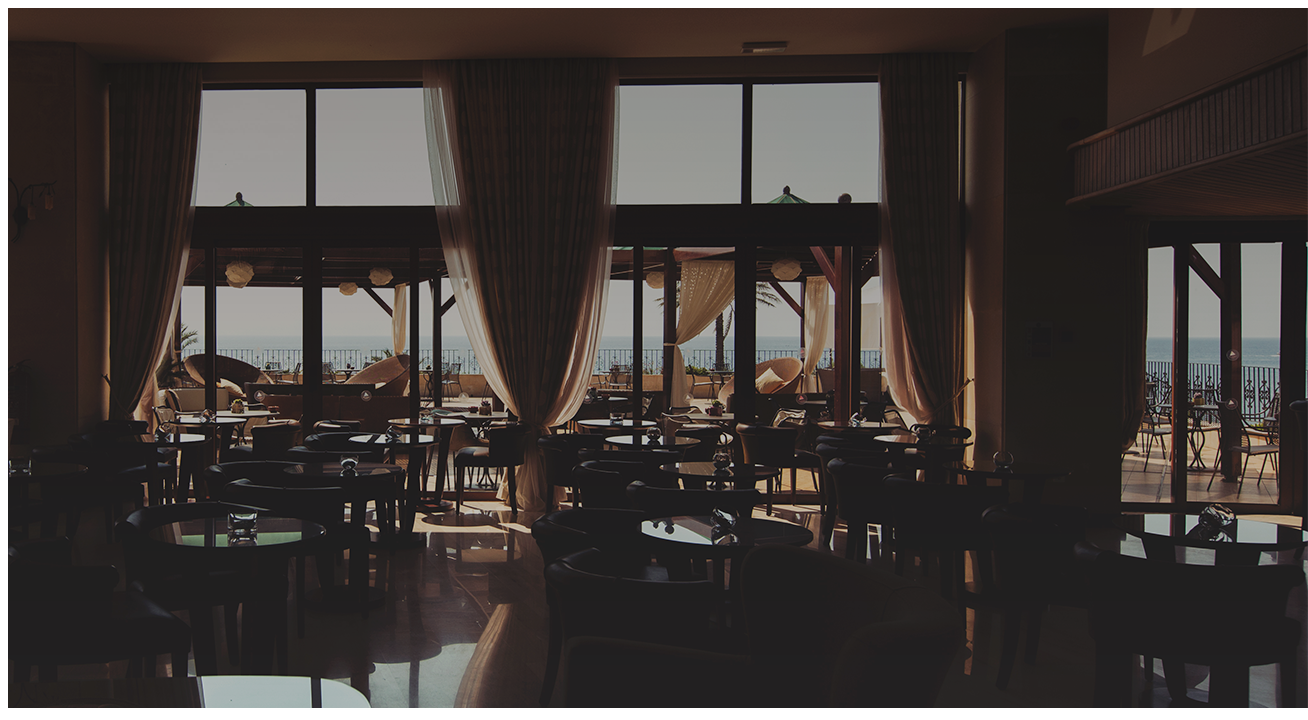
Repository: sis-shen/HTML_vsc
Page: adc_v2/index.html
These files come from the project's save history. The page is drawn as it stood at one moment and after the next save; the edit follows.
The browser window is 1280 px wide. The page is 1308 px wide, so the pictures cover 1308 px, including what lies to the right of the window. The pictures show the whole page.

Above is the page before, as saved 2023-08-13 11:02:12.

### adc_v2/index.html
<!DOCTYPE html>
<html lang="zh-CN">
<head>
    <meta charset="UTF-8">
    <meta name="viewport" content="width=device-width, initial-scale=1.0">
    <title>王八餐厅</title>
    <link rel="stylesheet" href="style.css">
</head>
<body>
    <div class="top-box">
        <div class="nav">

        </div>



    </div>
</body>
</html>

### adc_v2/style.css
body {
    box-sizing: border-box;
}

.top-box{
    width: 1300px;
    height: 700px;
    background-image: url("img/top.png");
}

After the next save:
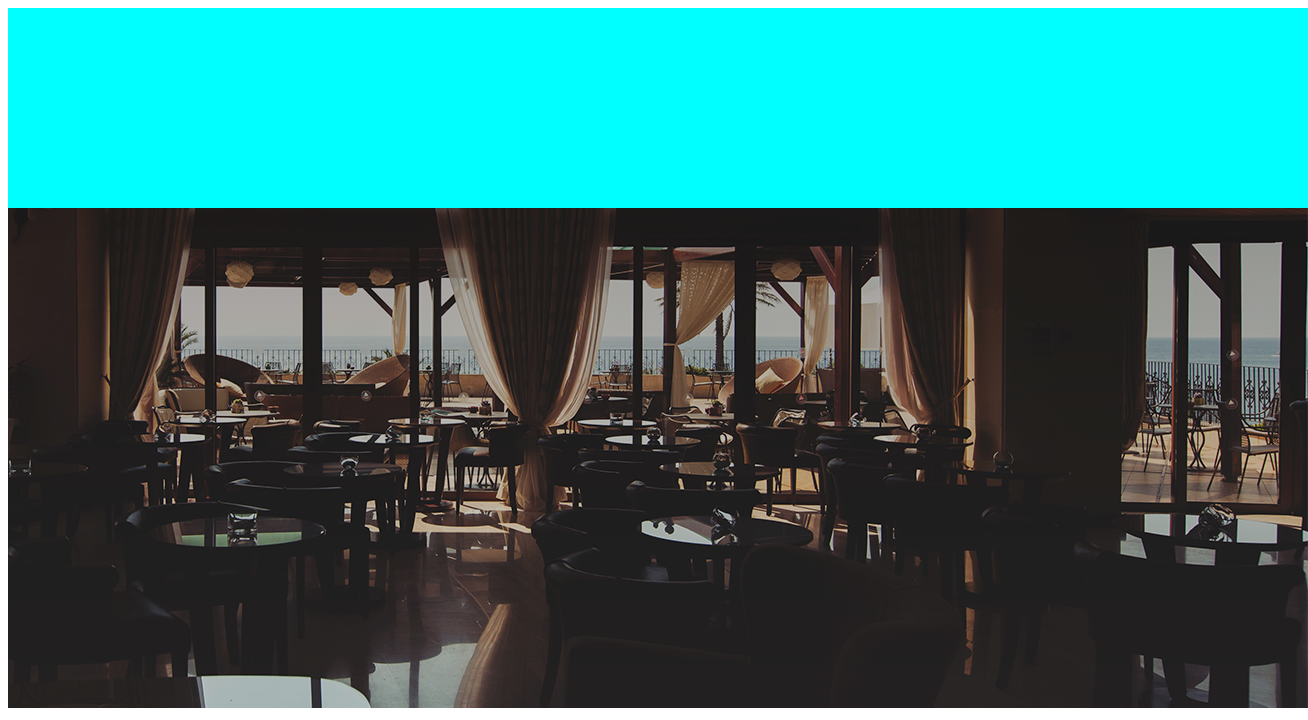
Saved 39 s later.
--- a/adc_v2/style.css
+++ b/adc_v2/style.css
@@ -7,3 +7,9 @@
     height: 700px;
     background-image: url("img/top.png");
 }
+
+.nav {
+    width: 100%;
+    height: 200px;
+    background-color: aqua;
+}
